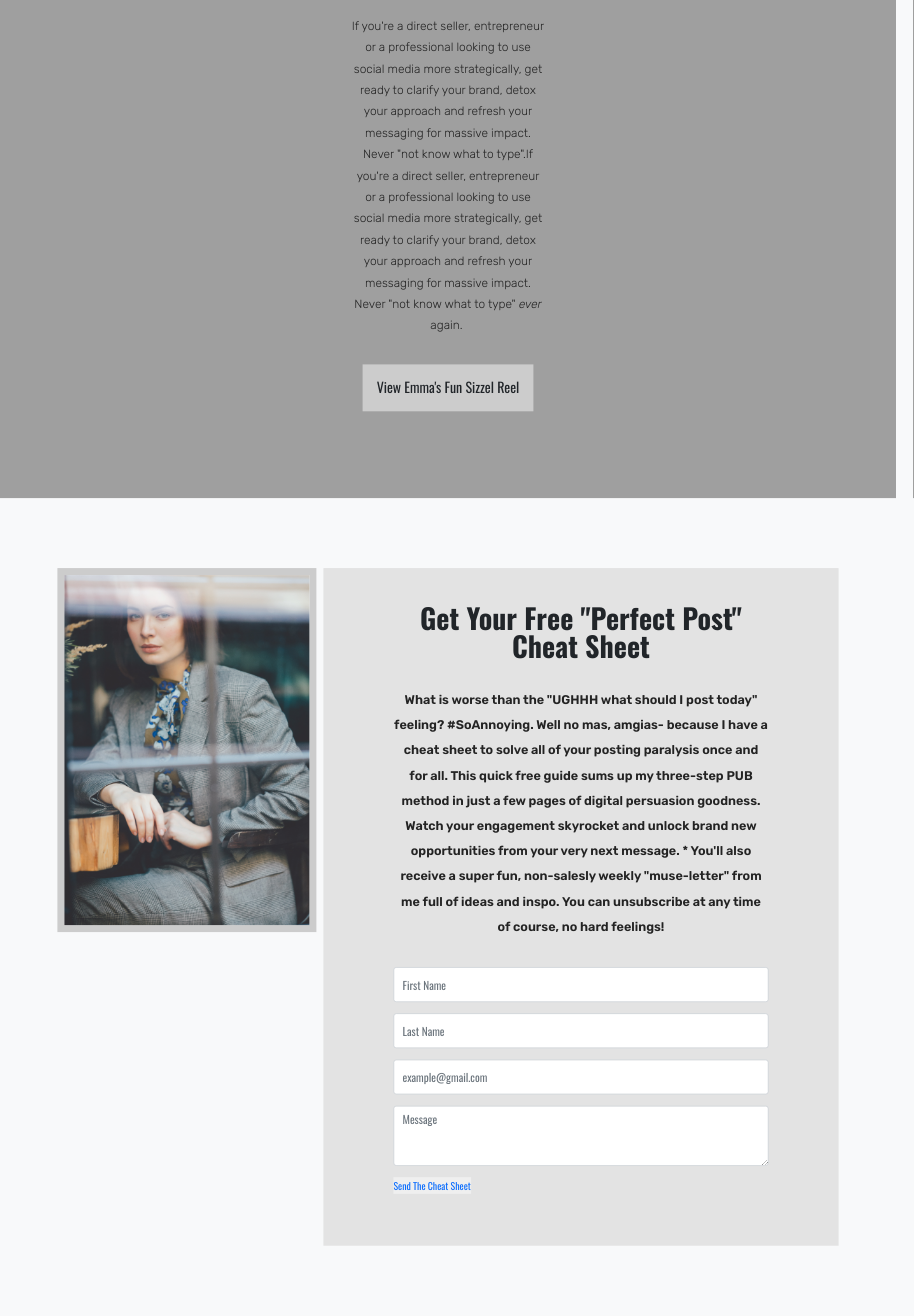
Repository: poroshrahman40/emma-watson-portfolio
Page: index.html
These files come from the project's save history. The page is drawn as it stood at one moment and after a run of saves; the edit follows.
The browser window is 1280 px wide. The page is 1305 px wide, so the pictures cover 1305 px, including what lies to the right of the window. The pictures show the part of the page from y = 3681 to 5561 px (the page is 5561 px tall), at 70% of full size.
Some web fonts or font styles are not loaded; a fallback is used.

Above is the page before, as saved 2021-12-06 18:27:28.

After the next 2 saves:
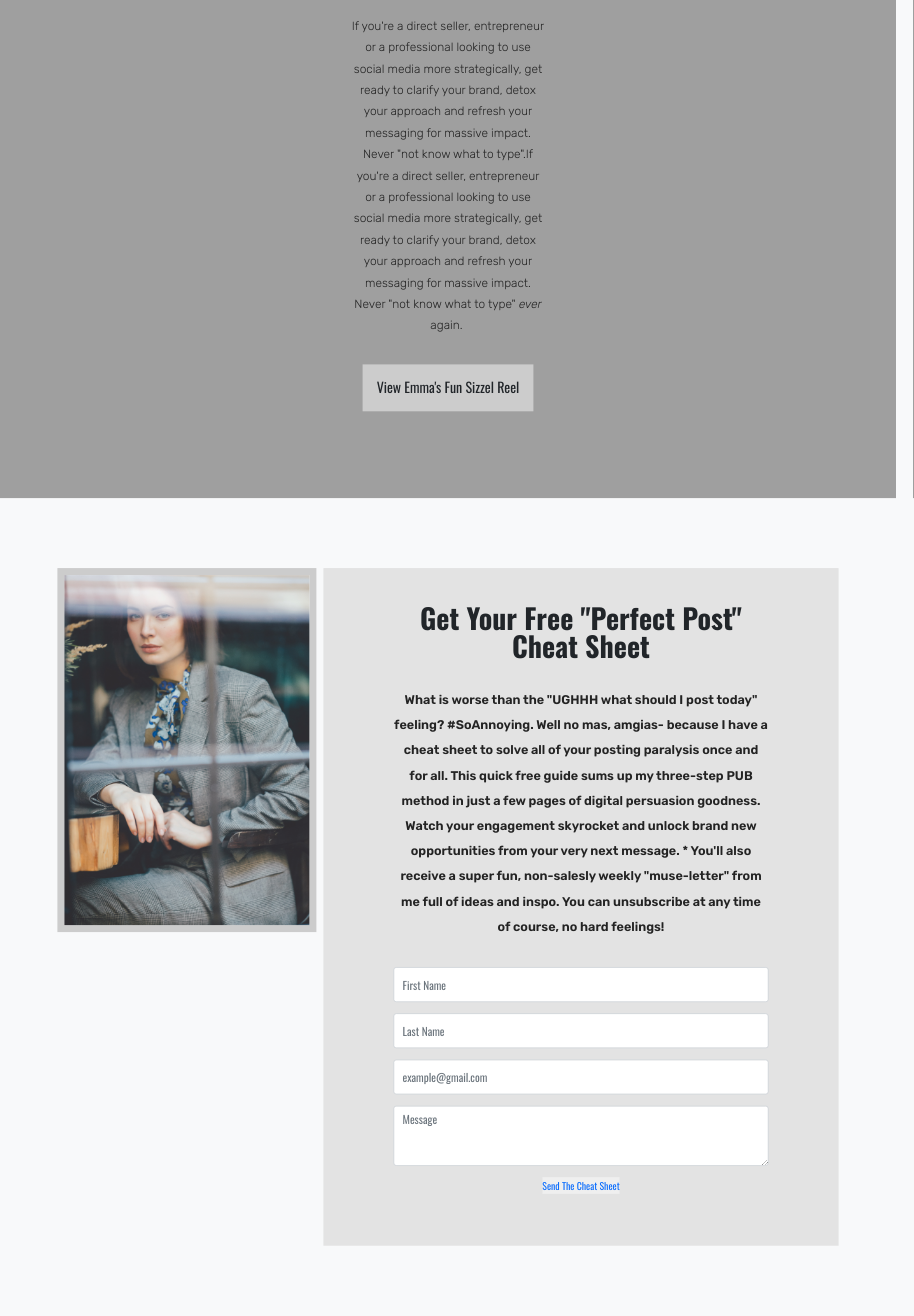
The 2 saves are shown as one change because they came seconds apart.
The last was saved 5 s later.
--- a/index.html
+++ b/index.html
@@ -272,7 +272,7 @@ Watch your engagement skyrocket and unlock brand new opportunities from your ver
                             <!-- <label for="exampleFormControlTextarea1" class="form-label">Example textarea</label> -->
                             <textarea type="text" class="form-control" id="exampleFormControlTextarea1" placeholder="Message" rows="3"></textarea>
                         </div>
-                        <div class="mb-4 text">
+                        <div class="mb-4 text-center">
                             <button class="ew-cheat-sheet-btn">
                                 <a href="#">Send The Cheat Sheet</a>
                             </button>
